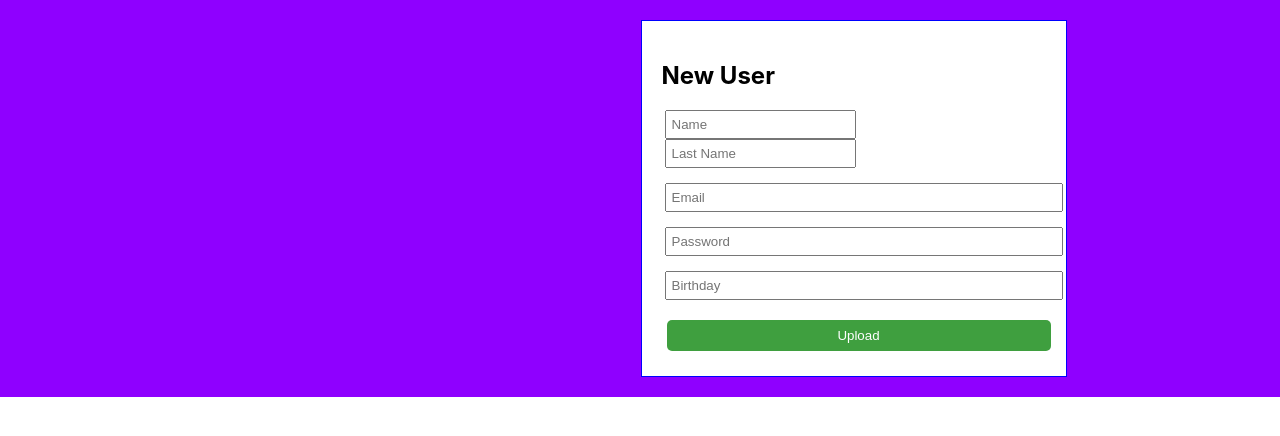
Repository: RobertAries28/CrudUsuarios
Page: /
The author's editor kept a copy of each file at every save. The page is drawn from the files as they stood at one save, then again after the next save.
The browser window is 1280 px wide. The pictures show the whole page.
The page's requests for data from a server got no answer. The project was rebuilt for these pictures with package versions that can differ from the ones it lists, and the page was loaded fresh each time. No one was signed in, and anything a server would have sent is missing.

Above is the page before, as saved 2022-05-23 19:32:56.

After the next save:
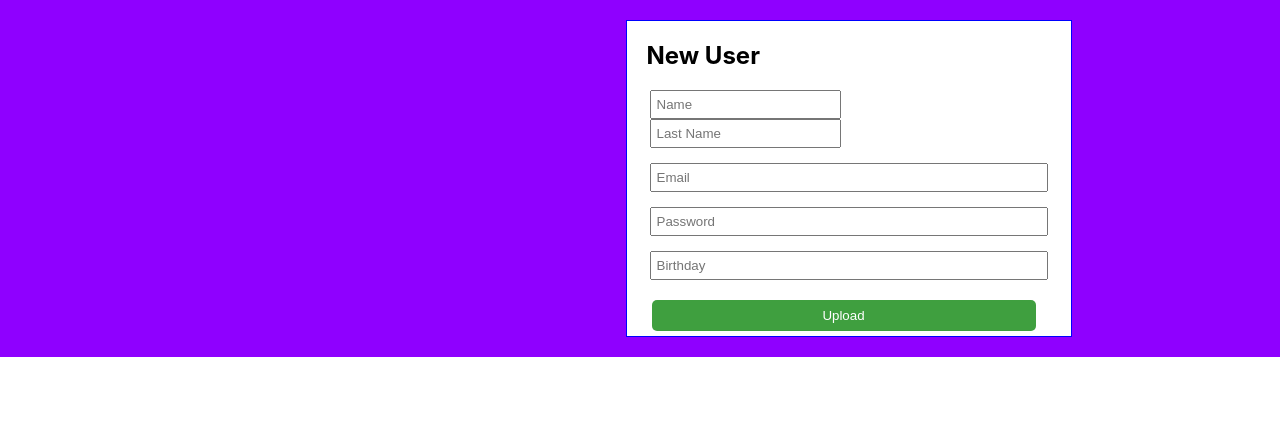
Saved 48 s later.
--- a/src/App.css
+++ b/src/App.css
@@ -42,7 +42,8 @@ ul{
 }
 
 .formUser{
-  padding: 20px;
+  padding-left: 20px;
+  padding-right: 40px;
   width: 30%;
   border: 1px solid blue;
   background: white;
